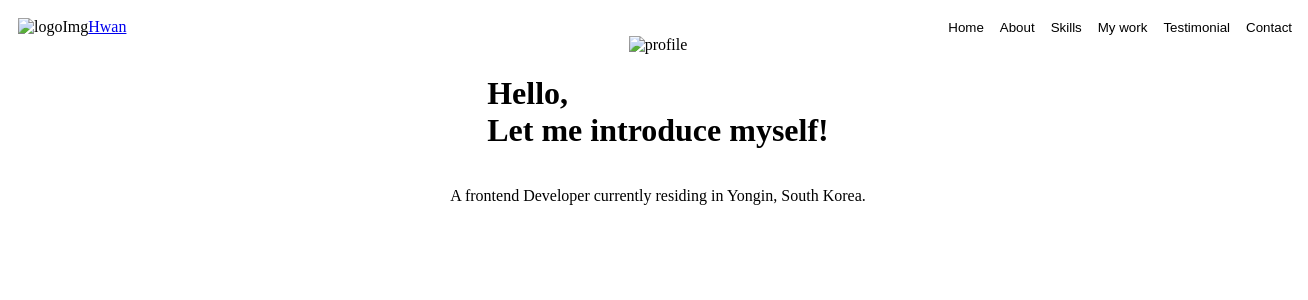
Repository: dhchun1203/Portfolio
Page: index.html
These files come from the project's save history. The page is drawn as it stood at one moment and after the next save; the edit follows.
The browser window is 1280 px wide. The page is 1308 px wide, so the pictures cover 1308 px, including what lies to the right of the window. The pictures show the whole page.
Some web libraries are served in a nearby version.

Above is the page before, as saved 2020-12-02 15:48:25.

### index.html
<!DOCTYPE html>
<html lang="en">
	<head>
		<meta charset="UTF-8" />
		<meta name="viewport" content="width=device-width, initial-scale=1.0" />
		<title>Hwan's Portfolio</title>
		<meta
			name="description"
			content="portfolio for world-renowned software engineer Hwan"
		/>
		<meta name="author" content="Hwan" />
		<link rel="icon" type="image/png" href="imgs/favicon.png" />
		<script
			src="https://kit.fontawesome.com/8b98a99811.js"
			crossorigin="anonymous"
		></script>
		<link rel="preconnect" href="https://fonts.gstatic.com" />
		<link
			href="https://fonts.googleapis.com/css2?family=Open+Sans:wght@400;600;700&display=swap"
			rel="stylesheet"
		/>
		<link rel="stylesheet" href="style.css" />
		<script src="main.js" defer></script>
	</head>
	<body>
		<div class="main">
			<nav class="navbar">
				<div class="navbar__logo">
					<img src="" alt="logoImg" /><a href="#">Hwan</a>
				</div>
				<div class="navbar__btn">
					<button>Home</button>
					<button>About</button>
					<button>Skills</button>
					<button>My work</button>
					<button>Testimonial</button>
					<button>Contact</button>
				</div>
			</nav>
			<div class="content">
				<div class="content__img"><img src="" alt="profile" /></div>
				<div class="content__title">
					<h1>Hello, <br />Let me introduce myself!</h1>
				</div>
				<div class="content__description">
					<p>A frontend Developer currently residing in Yongin, South Korea.</p>
				</div>
				<div class="content__btn"></div>
			</div>
		</div>
	</body>
</html>

### style.css
body {
	width: 100%;
	padding: 10px;
}

.main {
	background-image: url();
}

.content {
	display: flex;
	flex-direction: column;
	align-items: center;
}
.navbar {
	display: flex;
	flex-direction: row;
	justify-content: space-between;
}
.navbar__logo {
	display: flex;
	flex-direction: row;
}
.navbar__btn button {
	border-style: none;
	background: none;
}

Loaded but not shown: main.js (no copy from this time; the picture is the same without it)

After the next save:
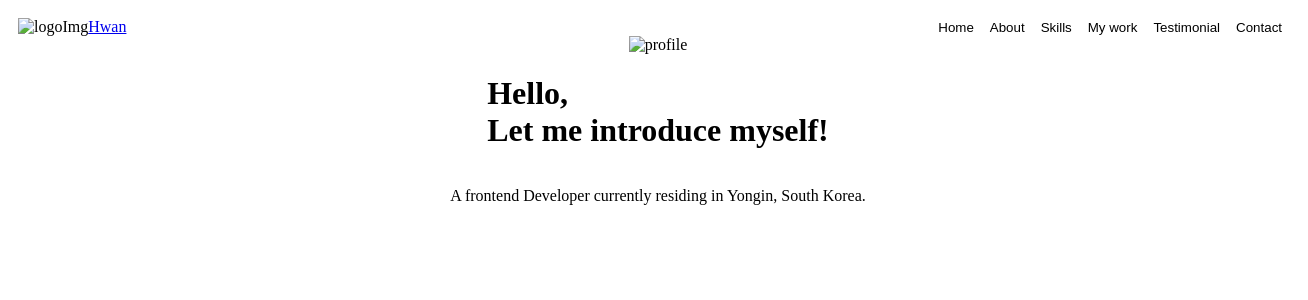
Saved 82 s later.
--- a/style.css
+++ b/style.css
@@ -21,6 +21,11 @@
 	display: flex;
 	flex-direction: row;
 }
+
+.navbar__btn {
+	margin-right: 10px;
+}
+
 .navbar__btn button {
 	border-style: none;
 	background: none;

After the save that followed:
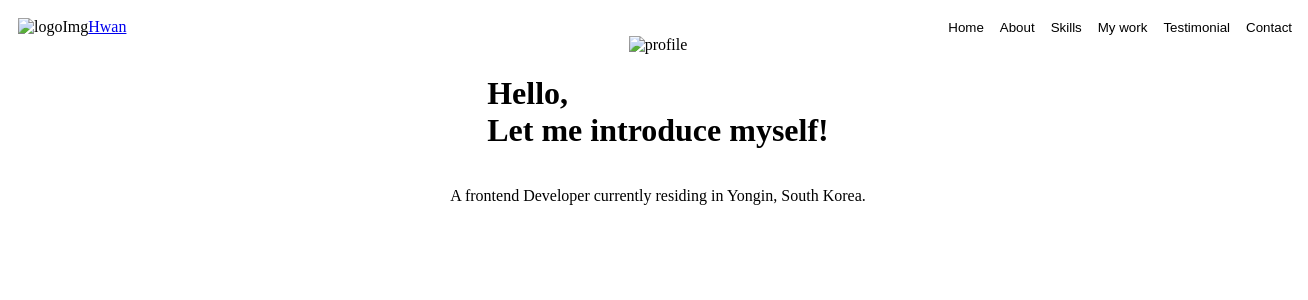
Saved 84 s later.
--- a/style.css
+++ b/style.css
@@ -22,10 +22,6 @@
 	flex-direction: row;
 }
 
-.navbar__btn {
-	margin-right: 10px;
-}
-
 .navbar__btn button {
 	border-style: none;
 	background: none;
